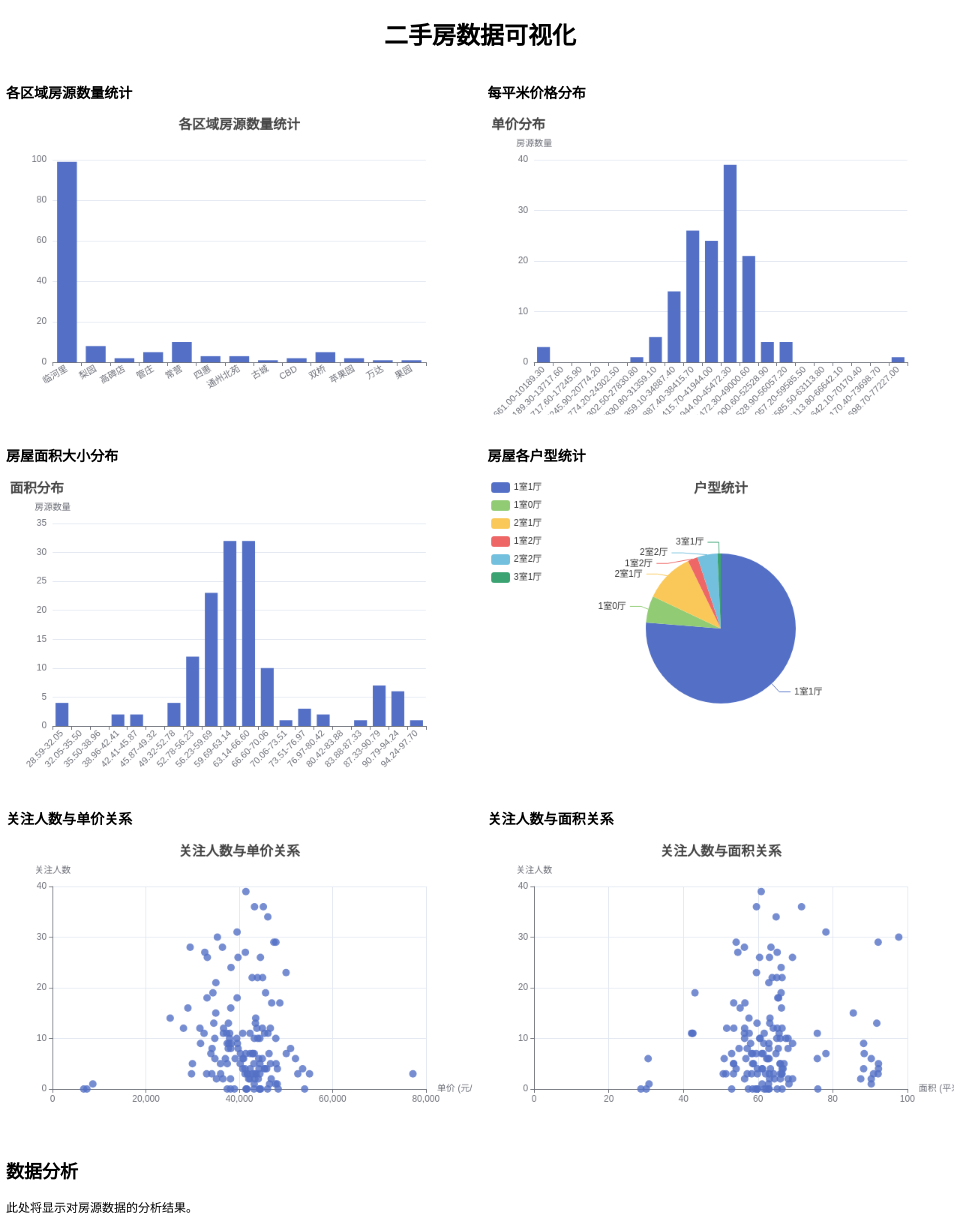
Repository: sakimi-9/DPV-SHP_BeiJing
Page: / (app in py_crawler/rendering/)
The author's editor kept a copy of each file at every save. The page is drawn from the files as they stood at one save, then again after the next save.
The browser window is 1280 px wide. The pictures show the whole page, at 75% of full size.
The project was rebuilt for these pictures with package versions that can differ from the ones it lists, and the page was loaded fresh each time. Also part of the build but not shown: py_crawler/rendering/vite.config.ts.

Above is the page before, as saved 2025-05-22 16:04:38.

After the next save:
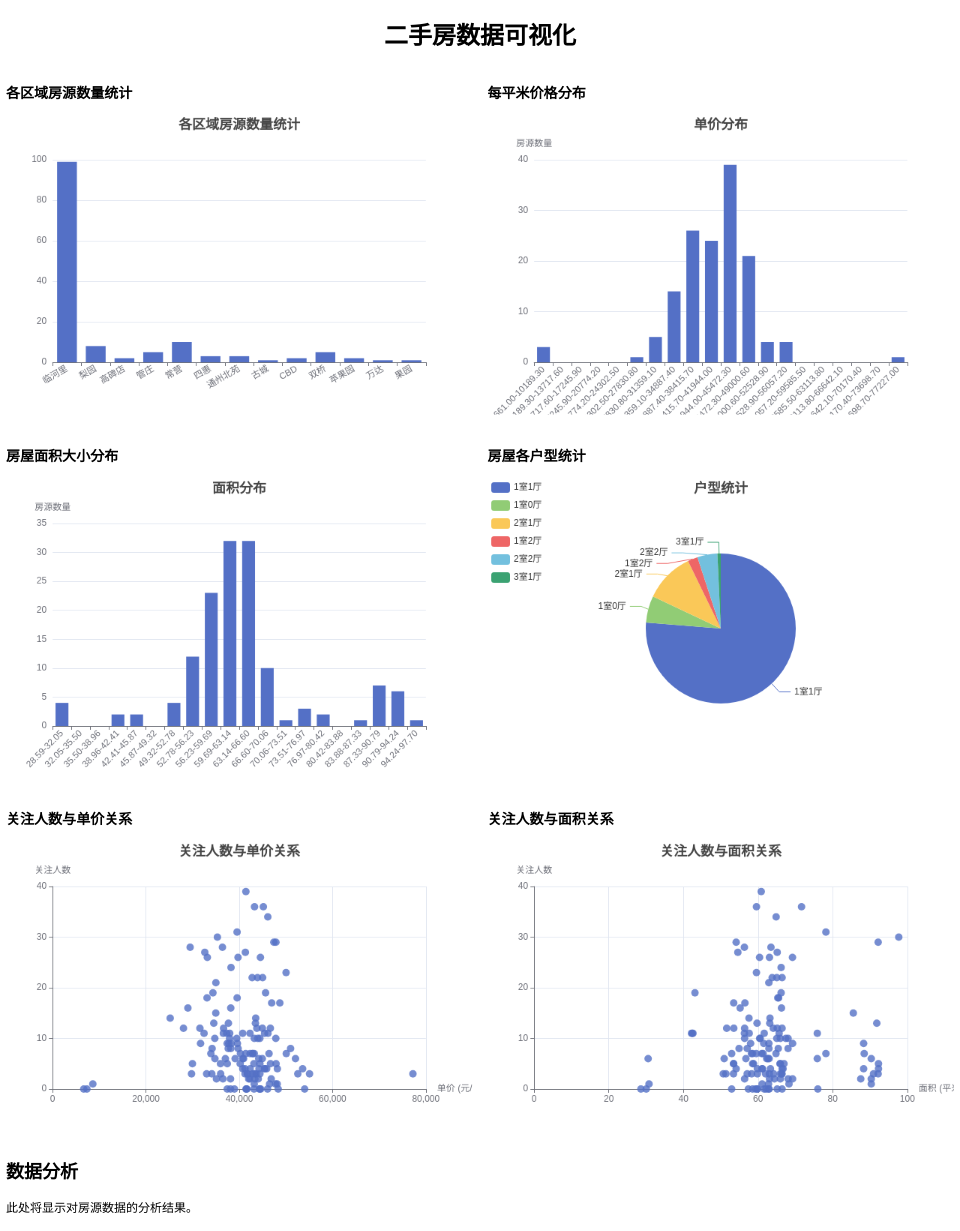
Saved 83 s later.
--- a/py_crawler/rendering/src/components/TwoDCharts.vue
+++ b/py_crawler/rendering/src/components/TwoDCharts.vue
@@ -172,7 +172,10 @@ const drawUnitPriceDistributionChart = (chartElement: HTMLElement, parsedData: P
 
     const chart = echarts.init(chartElement);
     const options = {
-        title: { text: '单价分布' },
+        title: {
+            text: '单价分布',
+            left: 'center'
+        },
         tooltip: {
             formatter: function (params: any) {
                 const bin = bins.find(b => `${b.interval[0].toFixed(2)}-${b.interval[1].toFixed(2)}` === params.name);
@@ -242,7 +245,10 @@ const drawSizeDistributionChart = (chartElement: HTMLElement, parsedData: Parsed
 
     const chart = echarts.init(chartElement);
     const options = {
-        title: { text: '面积分布' },
+        title: {
+            text: '面积分布',
+            left: 'center'
+        },
         tooltip: {
             formatter: function (params: any) {
                 const bin = bins.find(b => `${b.interval[0].toFixed(2)}-${b.interval[1].toFixed(2)}` === params.name);
